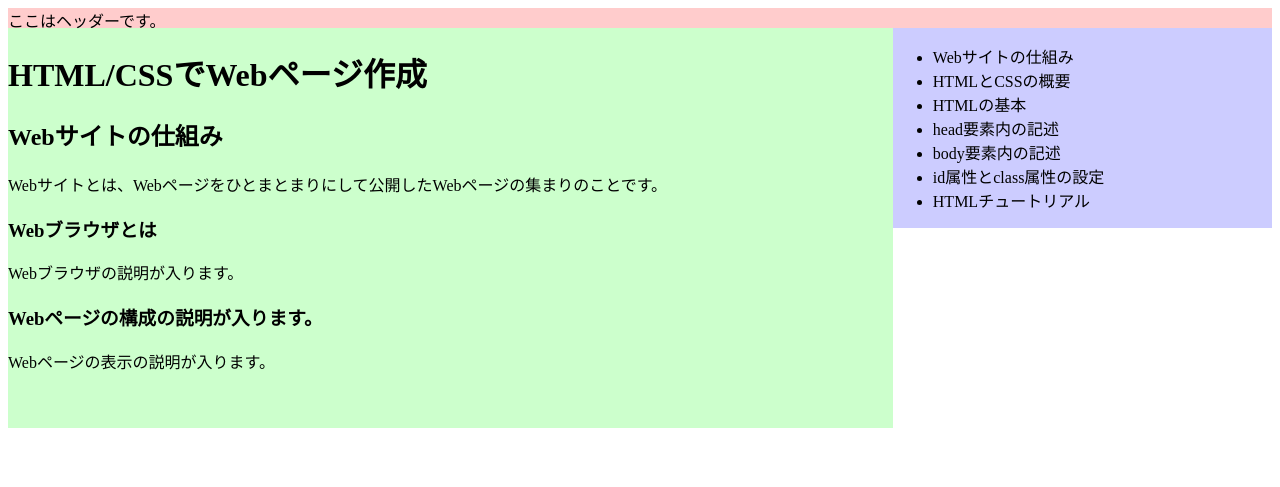
Repository: toshiyukitsumoto/first-git
Page: kadai-html.html
The author's editor kept a record of every edit. The page is drawn from the files as they stood at one moment, then again after the next edit.
The browser window is 1280 px wide. The pictures show the whole page.

Above is the page before.

### kadai-html.html
<!DOCTYPE html>
<html lang="ja">
    <head>
        <meta charset="UTF-8">
        <title>HTMLで文書作成</title>
        <link rel="stylesheet" href="kadai-css.css">
    </head>
    <body>
        <header>
            ここはヘッダーです。
        </header>
        <div id="wrapper">
            <nav id="menu">
                <ul>
                    <li>Webサイトの仕組み</li>
                    <li>HTMLとCSSの概要</li>
                    <li>HTMLの基本</li>
                    <li>head要素内の記述</li>
                    <li>body要素内の記述</li>
                    <li>id属性とclass属性の設定</li>
                    <li>HTMLチュートリアル</li>
                </ul>
            </nav>
            <div id="main">
                <h1>HTML/CSSでWebページ作成</h1>
                <h2>Webサイトの仕組み</h2>
                <section>
                    <p>Webサイトとは、Webページをひとまとまりにして公開したWebページの集まりのことです。</p>
                </section>
                <h3>Webブラウザとは</h3>
                <section>
                    <p>Webブラウザの説明が入ります。</p>
                </section>
                <h3>Webページの構成の説明が入ります。</h3>
                <section>
                    <p>Webページの表示の説明が入ります。</p>
                </section>
            </div>
        </div>
        <footer>
        </footer>
    </body>
</html>

### kadai-css.css
@charset "UTF-8";

header {
    height: 20px;
    background-color: #ffcccc;
}

#main {
    float: left;
    width: 70%;
    height: 400px;
    background-color: #ccffcc;
}

#menu {
    float: right;
    width: 30%;
    height: 200px;
    background-color: #ccccff;
}

footer {
    height: 20px;
    background-color: #ffccff;
}

After the next edit:
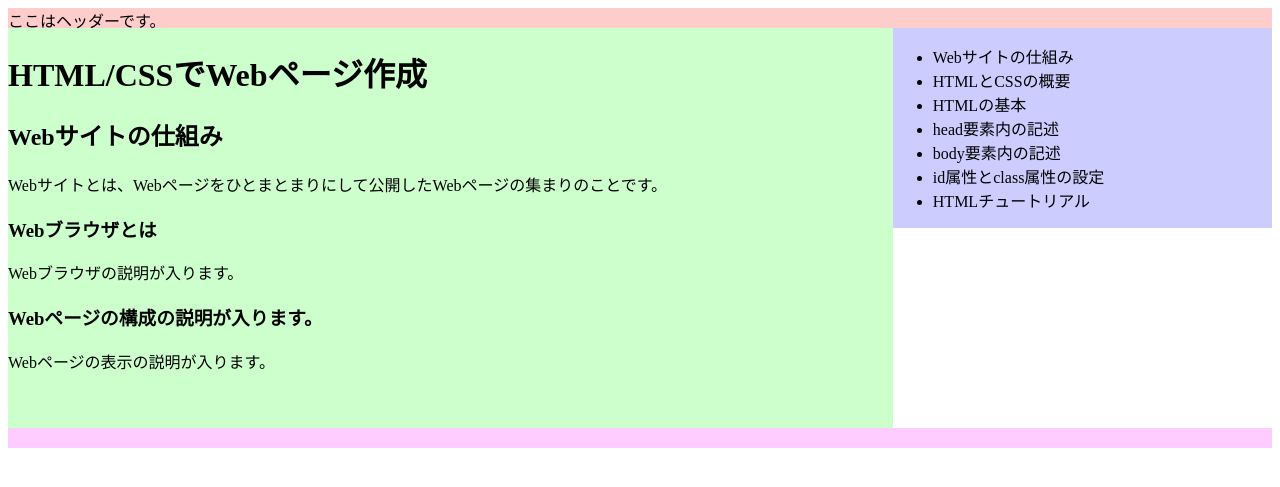
The edit:
--- a/kadai-css.css
+++ b/kadai-css.css
@@ -1,4 +1,8 @@
 @charset "UTF-8";
+
+#wrapper {
+    overflow: hidden;
+}
 
 header {
     height: 20px;
